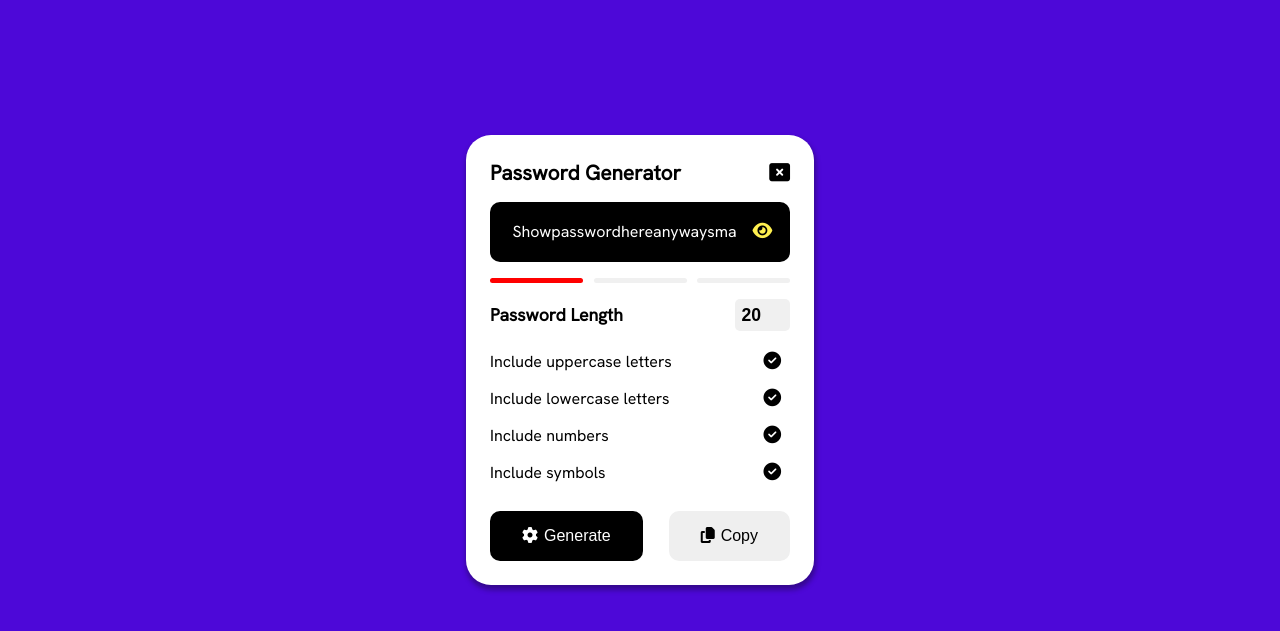
Repository: emiliaiwu/password_generator
Page: index.html
The author's editor kept a copy of each file at every save. The page is drawn from the files as they stood at one save, then again after the next save.
The browser window is 1280 px wide. The pictures show the whole page.
Some web libraries are served in a nearby version.

Above is the page before, as saved 2022-12-15 20:09:15.

After the next save:
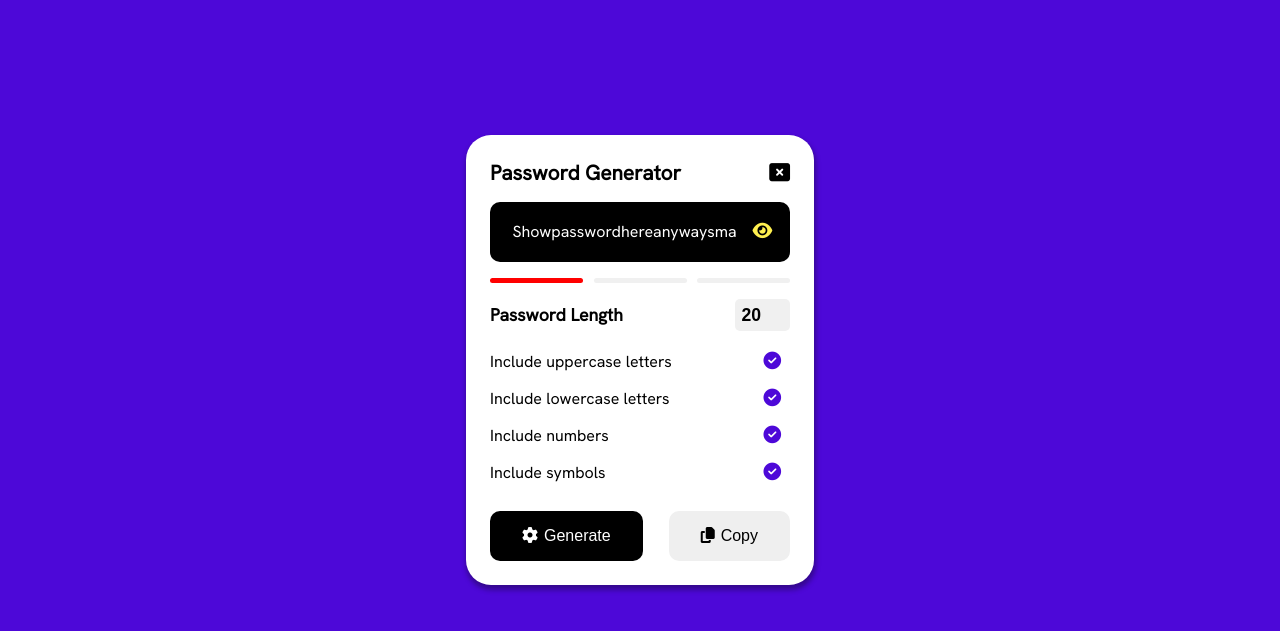
Saved 22 s later.
--- a/style.css
+++ b/style.css
@@ -181,7 +181,7 @@ label {
     top: 50%;
     right: 0;
     transform: translate(-50%, -50%);
-    color: var(--BG-COLOR2);
+    color: var(--BG-COLOR3);
     font-size: 1.1rem;
     cursor: pointer;
 }
